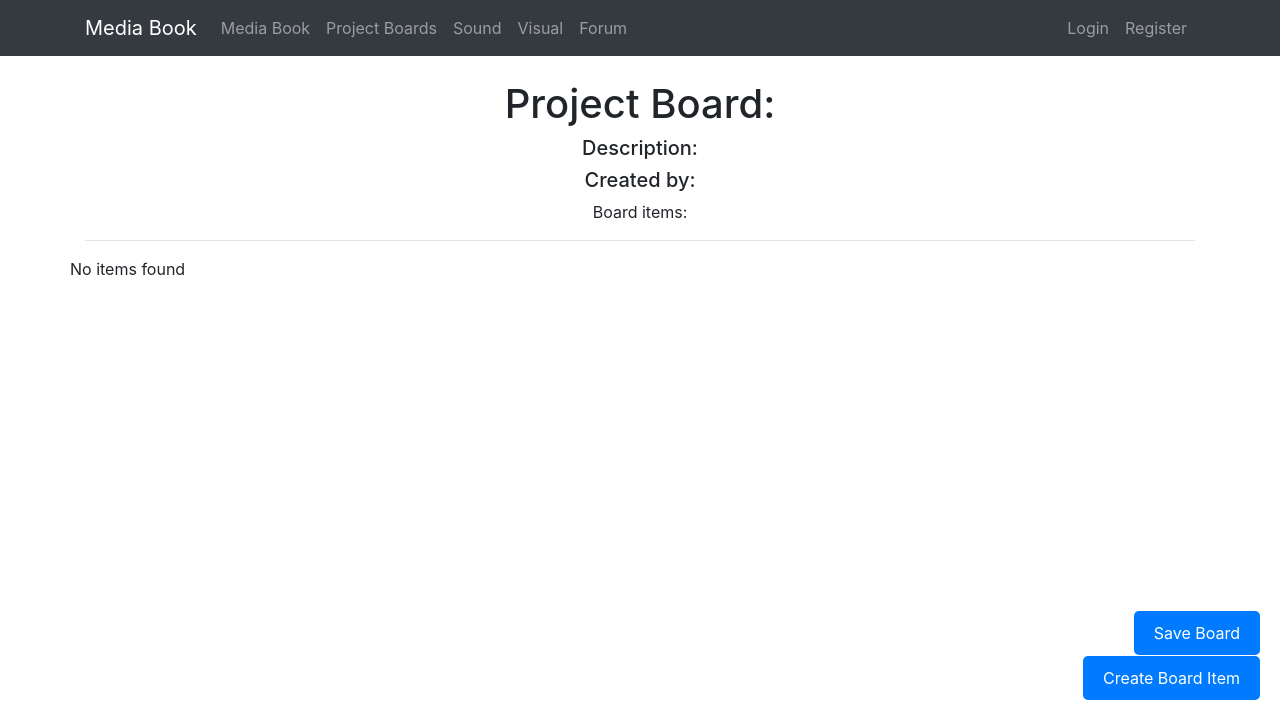
Repository: NateClarkTech/Software-Engineering-3
Page: IdeaBoards/templates/boarddetail.html
An editor plug-in stored every save of this project. The page is shown before and after the next save, followed by the edit.
The browser window is 1280 px wide. The pictures show the whole page.
Some web libraries are served in a nearby version. The template is drawn by Django 5.2. The application's start-up code is not run. Other server files are loaded and not shown. The template is opened directly, without the code that normally fills it, so the values that code supplies are empty.

Above is the page before, as saved 2024-04-16 16:23:07.

### IdeaBoards/templates/boarddetail.html
{% extends 'base.html' %}

{% load static %}

{% block title %}{% endblock %}

{% block stylesheets %}
<link rel="stylesheet" href="{% static 'css/ideaBoards.css' %}">
{% endblock %}

{% block content %}
<!-- Source: https://getbootstrap.com/docs/5.3/components/modal/ -->
<!-- New Item Modal -->
<div class="modal fade" id="createBoardItem" tabindex="-1" role="dialog" aria-labelledby="CreateItemModalLabel" aria-hidden="true">
    <div class="modal-dialog" role="document">
      <div class="modal-content">
        <form id="addItemForm">
            {% csrf_token %}
            <div class="modal-header">
                <h5 class="modal-title" id="CreateItemModalLabel">Create New Item</h5>
                <button type="button" class="close" data-dismiss="modal" aria-label="Close">
                    <span aria-hidden="true">&times;</span>
                </button>
            </div>
            <div class="modal-body">
                <div class="form-group">
                    <label for="title">Title (max 64 characters)</label>
                    <input type="text" class="form-control" id="title" name="title">
                </div>
                <div class="form-group">
                    <label for="description">Description (max 512 characters)</label>
                    <input type="text" class="form-control" id="description" name="description">
                </div>
            </div>
            <div class="modal-footer">
              <button type="button" class="btn btn-secondary" data-dismiss="modal">Close</button>
              <button type="submit" class="btn btn-primary">Add Item</button>
            </div>
        </form>
      </div>
    </div>
  </div>

<!-- Edit Item Modal -->
<div class="modal fade" id="editBoardItem" tabindex="-1" role="dialog" aria-labelledby="EditItemModalLabel" aria-hidden="true">
    <div class="modal-dialog" role="document">
      <div class="modal-content">
        <form id="editItemForm">
            {% csrf_token %}
            <div class="modal-header">
                <h5 class="modal-title" id="EditItemModalLabel">Edit Board Item</h5>
                <button type="button" class="close" data-dismiss="modal" aria-label="Close">
                    <span aria-hidden="true">&times;</span>
                </button>
            </div>
            <div class="modal-body">
                <div class="form-group">
                    <label for="title">New Title</label>
                    <input type="text" class="form-control" id="title" name="title">
                </div>
                <div class="form-group">
                    <label for="description">New Description</label>
                    <input type="text" class="form-control" id="description" name="description">
                </div>
            </div>
            <div class="modal-footer">
              <button type="button" class="btn btn-secondary" data-dismiss="modal">Close</button>
              <button type="submit" class="btn btn-primary">Save Change</button>
            </div>
        </form>
      </div>
    </div>
  </div>

  <!-- View Item Modal -->
<div class="modal fade" id="viewBoardItem" tabindex="-1" role="dialog" aria-hidden="true">
    <div class="modal-dialog" role="document">
      <div class="modal-content">
        <div class="modal-body">
            <h1 id="view-item-title"></h1>
            <p id="view-item-text"></p>
        </div>
        <div class="modal-footer">
            <button type="button" data-dismiss="modal" class="btn btn-secondary">Close</button>
        </div>
      </div>
    </div>
</div>

    <div id="board-title-and-description" class="text-center">
        <h1>Project Board: {{ board.title }}</h1>
        <h5>Description: {{ board.description }}</h5>
        <h5>Created by: {{ board.user }}</h5>
        <p>Board items:</p>
        <hr/>
    </div>

    <div id='boardItems' class='row'>
        {% if items %}
            {% for item in items %}
            <div class="col-md-4 px-3 py-3">
                <button id="board-item-{{ forloop.counter }}" class="btn btn-outline-primary">
                    <div class="card card-custom"> <!-- Add a custom class for the card -->
                        <div class="card-body">
                            <h2 id="board-item-{{ forloop.counter }}-title" class='card-title'>{{ item.title }}</h2>
                            <p id="board-item-{{ forloop.counter }}-description" class='card-description pb-2'>{{ item.description }}</p>
                        </div>
                    </div>
                </button>
            </div>
            {% endfor %}
        {% else %}
        <div id='no-items-found'>
            <p>No items found</p>
        </div>
        {% endif %}
    </div>

    <button id="create-new-item-button" type="button" class="btn btn-primary" data-toggle="modal" data-target="#createBoardItem">
        Create Board Item
    </button>
    <button id="save-board-button" boardNumber="{{ board.id }}" type="button" class="btn btn-primary" data-toggle="modal">
        Save Board
    </button>
    {% endblock %}

{% block scripts %}
    <script src="{% static 'IdeaBoards/boarddetails.js' %}"></script>
{% endblock %}

### MediaBook/templates/base.html
<!DOCTYPE html>
<html lang="en">
<head>
    <meta charset="UTF-8">
    <meta name="viewport" content="width=device-width, initial-scale=1, shrink-to-fit=no">
    <title>{% block title %}{% endblock %}</title>
    <link rel="stylesheet" href="https://stackpath.bootstrapcdn.com/bootstrap/4.5.2/css/bootstrap.min.css">
    <!-- Add custom stylesheets here -->
    {% block stylesheets %}{% endblock %}
</head>
<body>
    <!-- Navbar -->
    {% include 'navbar.html' %}

    <!-- Main content -->
    <div class="container mt-4">
        {% block content %}{% endblock %}
    </div>

    <script src="https://code.jquery.com/jquery-3.5.1.slim.min.js"></script>
    <script src="https://cdn.jsdelivr.net/npm/@popperjs/core@2.5.4/dist/umd/popper.min.js"></script>
    <script src="https://stackpath.bootstrapcdn.com/bootstrap/4.5.2/js/bootstrap.min.js"></script>
    <!-- Add custom scripts here -->
    {% block scripts %}{% endblock %}
</body>
</html>

### MediaBook/templates/navbar.html
<nav class="navbar navbar-expand-lg navbar-dark bg-dark">
    <div class="container">
        <a class="navbar-brand" href="{% url 'home' %}">Media Book</a>
        <button class="navbar-toggler" type="button" data-toggle="collapse" data-target="#navbarNavAltMarkup" aria-controls="navbarNavAltMarkup" aria-expanded="false" aria-label="Toggle navigation">
            <span class="navbar-toggler-icon"></span>
        </button>
        <div class="collapse navbar-collapse" id="navbarNavAltMarkup">
            <ul class="navbar-nav mr-auto">
                <li class="nav-item">
                    <a class="nav-link" href="{% url 'home' %}">Media Book</a>
                </li>
                <li class="nav-item">
                    <a class="nav-link" href="{% url 'IdeaBoards_Home' %}">Project Boards</a> <!-- Placeholder href -->
                </li>
                <li class="nav-item">
                    <a class="nav-link" href="{% url 'sound' %}">Sound</a> <!-- Placeholder href -->
                </li>
                <li class="nav-item">
                    <a class="nav-link" href="{% url 'visual' %}">Visual</a> <!-- Placeholder href -->
                </li>
                <li class="nav-item">
                    <a class="nav-link" href="{% url 'forum_home' %}">Forum</a>
                </li>
            </ul>
            <ul class="navbar-nav ml-auto">
                {% if user.is_authenticated %}
                <li class="nav-item dropdown">
                    <a class="nav-link dropdown-toggle" href="#" id="notificationsDropdown" role="button" data-toggle="dropdown" aria-haspopup="true" aria-expanded="false">
                        <svg xmlns="http://www.w3.org/2000/svg" width="16" height="16" fill="currentColor" class="bi bi-bell" viewBox="0 0 16 16">
                            <path d="M8 16a2 2 0 0 0 2-2H6a2 2 0 0 0 2 2M8 1.918l-.797.161A4 4 0 0 0 4 6c0 .628-.134 2.197-.459 3.742-.16.767-.376 1.566-.663 2.258h10.244c-.287-.692-.502-1.49-.663-2.258C12.134 8.197 12 6.628 12 6a4 4 0 0 0-3.203-3.92zM14.22 12c.223.447.481.801.78 1H1c.299-.199.557-.553.78-1C2.68 10.2 3 6.88 3 6c0-2.42 1.72-4.44 4.005-4.901a1 1 0 1 1 1.99 0A5 5 0 0 1 13 6c0 .88.32 4.2 1.22 6"/>
                        </svg>
                        <!-- Conditionally render the style attribute for the notification badge -->
                        {% if global_notifications.count > 0 %}
                        <span class="badge badge-danger notification-badge" style="display: inline-block;">{{ global_notifications.count }}</span>
                        {% else %}
                        <span class="badge badge-danger notification-badge" style="display: none;">{{ global_notifications.count }}</span>
                        {% endif %}
                    </a>


                    <div class="dropdown-menu dropdown-menu-right" aria-labelledby="notificationsDropdown">
                        <!-- Notification link -->
                        {% for notification in global_notifications|slice:":5" %}
                        <div class="dropdown-item">
                            {% if notification.comment %}
                                <a href="{% url 'thread_detail_comment' notification.thread.id notification.comment.id %}" onclick="navigateAndMarkAsRead({{ notification.id }}, event);">
                                    {{ notification.get_notification_type_display }} in "{{ notification.thread.title }}" - {{ notification.comment.content|truncatechars:40 }}
                                </a>
                            {% else %}
                                <a href="{% url 'thread_detail_comment' notification.thread.id notification.comment.id%}" onclick="navigateAndMarkAsRead({{ notification.id }}, event);">
                                    {{ notification.get_notification_type_display }} in "{{ notification.thread.title }}"
                                </a>
                            {% endif %}
                            <button onclick="markAsReadOnly({{ notification.id }}, event);" class="btn btn-sm btn-link">Mark as read</button>
                        </div>
                        {% endfor %}


                        <div class="dropdown-divider"></div>
                        <a class="dropdown-item text-center" href="{% url 'notifications' %}">See all notifications</a>
                    </div>


                </li>
                    <li class="nav-item dropdown">
                        <a class="nav-link dropdown-toggle" href="#" id="navbarDropdownMenuLink" role="button" data-toggle="dropdown" aria-haspopup="true" aria-expanded="false">
                            Profile
                        </a>
                        <div class="dropdown-menu" aria-labelledby="navbarDropdownMenuLink">
                            <!-- Add additional profile-related links here -->
                            <a class="dropdown-item" href="{% url 'logout' %}">Logout</a>
                        </div>
                    </li>
                {% else %}
                    <li class="nav-item">
                        <a class="nav-link" href="{% url 'login' %}">Login</a>
                    </li>
                    <li class="nav-item">
                        <a class="nav-link" href="{% url 'register' %}">Register</a>
                    </li>
                {% endif %}
            </ul>
        </div>
    </div>
</nav>
<script>
    function navigateAndMarkAsRead(notificationId, event) {
        event.preventDefault(); // Stop the link navigation until the operation completes
        const targetUrl = event.currentTarget.href; // Get the href from the clicked link

        fetch(`/notifications/mark_as_read/${notificationId}/`, {
            method: 'POST',
            headers: {
                'X-CSRFToken': getCookie('csrftoken'),
                'Content-Type': 'application/json'
            },
            body: JSON.stringify({'is_read': true})
        })
        .then(response => {
            if (response.ok) {
                window.location.href = targetUrl; // Navigate to the link URL
            } else {
                window.location.href = targetUrl; // Navigate even if fail to mark as read
            }
        })
        .catch(error => {
            console.error('Error marking notification as read:', error);
            window.location.href = targetUrl; // Navigate in case of network error
        });
    }
    function markAsReadOnly(notificationId, event) {
        event.stopPropagation(); // Stop event bubbling to the link
        event.preventDefault(); // Prevent any default action

        fetch(`/notifications/mark_as_read/${notificationId}/`, {
            method: 'POST',
            headers: {
                'X-CSRFToken': getCookie('csrftoken'),
                'Content-Type': 'application/json'
            },
            body: JSON.stringify({'is_read': true})
        })
        .then(response => {
            if (response.ok) {
                console.log('Notification marked as read successfully.');
                const badge = document.querySelector('.notification-badge');
                if (badge) {
                    let count = parseInt(badge.textContent, 10) - 1;
                    if (count > 0) {
                        badge.textContent = count;
                        badge.style.display = 'inline-block'; // Make sure it's visible if still needed
                    } else {
                        badge.style.display = 'none'; // Hide badge if no notifications
                    }
                }
            } else {
                console.error('Failed to mark notification as read');
            }
        })
        .catch(error => {
            console.error('Error marking notification as read:', error);
        });
    }




    // Function to get CSRF token from cookies
    function getCookie(name) {
        let cookieValue = null;
        if (document.cookie && document.cookie !== '') {
            const cookies = document.cookie.split(';');
            for (let i = 0; i < cookies.length; i++) {
                const cookie = cookies[i].trim();
                if (cookie.substring(0, name.length + 1) === (name + '=')) {
                    cookieValue = decodeURIComponent(cookie.substring(name.length + 1));
                    break;
                }
            }
        }
        return cookieValue;
    }
    </script>

### IdeaBoards/static/css/ideaBoards.css
.card-custom {
    max-height: 200px; /* Adjust the max height as needed */
    overflow: hidden;
}

/* Custom CSS for setting width and height on medium screens */
@media (min-width: 768px){
    .card-custom {
        width: 300px; /* Set the desired width */
        height: 200px; /* Set the desired height */
        overflow: hidden;
    }
}

.card-body {
    height: 100%;
    overflow: hidden;
    color: black;
}

.card-title, .card-description {
    margin: 0;
    overflow: hidden;
    color: black;
}

#create-new-item-button {
    position: fixed;
    bottom: 20px; /* Adjust the distance from the bottom as needed */
    right: 20px; /* Adjust the distance from the right as needed */
    z-index: 999; /* Ensure it appears above other content */
    /* Additional styling */
    padding: 10px 20px;
    background-color: #007bff; /* Example background color */
    color: white;
    border: none;
    border-radius: 5px;
    cursor: pointer;
    /* Add any other styles as needed */
}

#save-board-button {
    position: fixed;
    bottom: 65px; /* Adjust the distance from the bottom as needed */
    right: 20px; /* Adjust the distance from the right as needed */
    z-index: 999; /* Ensure it appears above other content */
    /* Additional styling */
    padding: 10px 20px;
    background-color: #007bff; /* Example background color */
    color: white;
    border: none;
    border-radius: 5px;
    cursor: pointer;
    /* Add any other styles as needed */
}

### IdeaBoards/static/IdeaBoards/boarddetails.js
console.log('script loaded');

let changesToBoard = [];
const csrftoken = getCookie('csrftoken');

// Function to add a new item to the board
function addFormItem() {
    // Example: Get the title and description values from the form
    let title = document.getElementById("title").value;
    let description = document.getElementById("description").value;

    if (title !== "" && description !== "") {
        changesToBoard.push(
            {
                type: "add",
                title: title,
                description: description
            }
        );
        console.log(changesToBoard);

        // Create new elements
        let card = document.createElement("div");
        card.classList.add("card");

        let cardBody = document.createElement("div");
        cardBody.classList.add("card-body");

        let cardTitle = document.createElement("h2");
        cardTitle.classList.add("card-title");
        cardTitle.textContent = title;

        let cardDescription = document.createElement("p");
        cardDescription.classList.add("card-description");
        cardDescription.textContent = description;

        // Build the hierarchy
        cardBody.appendChild(cardTitle);
        cardBody.appendChild(cardDescription);
        card.appendChild(cardBody);

        // Add the new card to the "row" div
        document.getElementById("boardItems").appendChild(card);

        // Close the modal
        $('#createBoardItem').modal('hide');

        if (document.getElementById("no-items-found")) {
            document.getElementById("no-items-found").remove();
        }
    }
}

// Add an event listener to the form so items can be added to the board
document.getElementById("addItemForm").addEventListener("submit", function(event) {
    event.preventDefault(); // Prevent the default form submission

    // Call the addFormItem function
    addFormItem();

    // Reset the form
    document.getElementById("addItemForm").reset();
});

// Get the CSRF token from the cookie
function getCookie(name) {
    let cookieValue = null;
    if (document.cookie && document.cookie !== '') {
        const cookies = document.cookie.split(';');
        for (let i = 0; i < cookies.length; i++) {
            const cookie = cookies[i].trim();
            // Check if the cookie name matches the CSRF cookie name
            if (cookie.substring(0, name.length + 1) === (name + '=')) {
                cookieValue = decodeURIComponent(cookie.substring(name.length + 1));
                break;
            }
        }
    }
    return cookieValue;
}

document.getElementById("save-board-button").addEventListener("click", function() {
    // Send the POST request with the CSRF token included in the headers
    fetch(window.location.pathname, {
        method: "POST",
        headers: {
            "Content-Type": "application/json",
            "X-CSRFToken": csrftoken  // Include the CSRF token in the headers
        },
        body: JSON.stringify(changesToBoard),
    })
});

let i = 1;
while (document.getElementById("board-item-" + i)) {
    (function(index) {

        document.getElementById("board-item-" + index).addEventListener("click", function() {
            let title = document.getElementById("board-item-" + index + "-title").textContent;
            let description = document.getElementById("board-item-" + index + "-description").textContent;

            document.getElementById("view-item-title").textContent = title;
            document.getElementById("view-item-text").textContent = description;

            $('#viewBoardItem').modal('show');
        });
    })(i);
    i = i + 1;
}

After the next save:
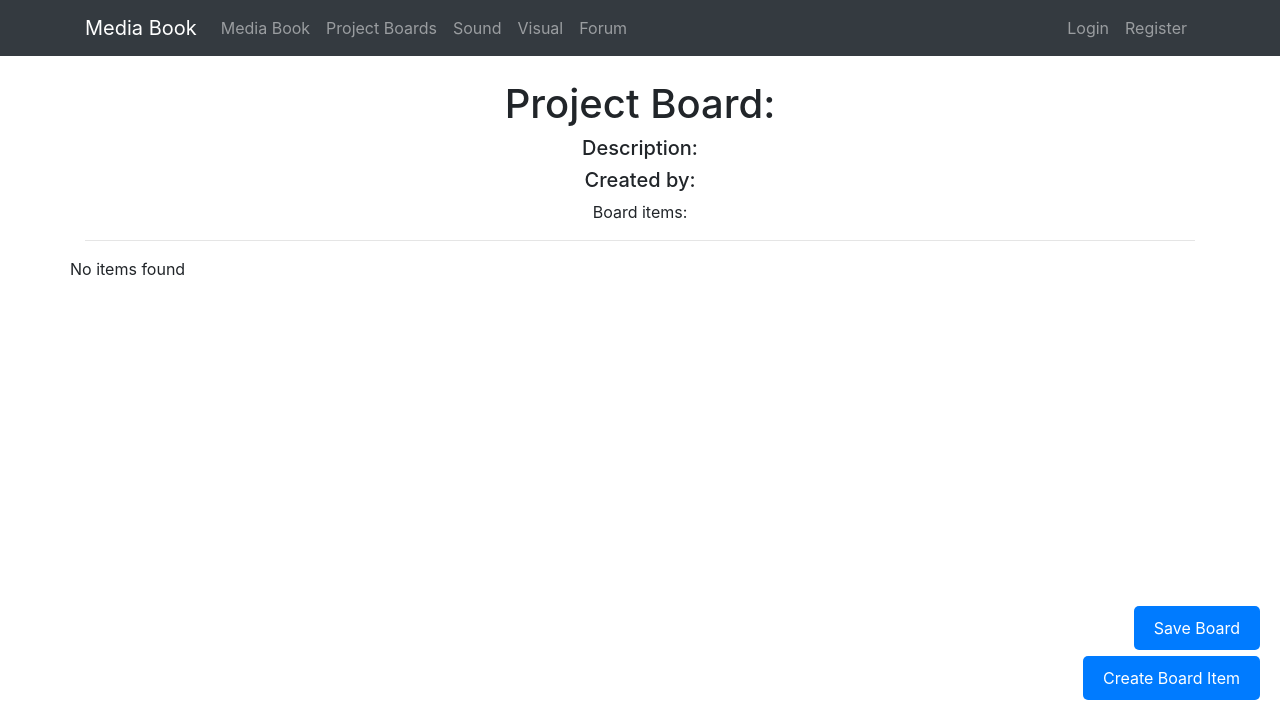
Saved 5 s later.
--- a/IdeaBoards/static/css/ideaBoards.css
+++ b/IdeaBoards/static/css/ideaBoards.css
@@ -41,7 +41,7 @@
 
 #save-board-button {
     position: fixed;
-    bottom: 65px; /* Adjust the distance from the bottom as needed */
+    bottom: 70px; /* Adjust the distance from the bottom as needed */
     right: 20px; /* Adjust the distance from the right as needed */
     z-index: 999; /* Ensure it appears above other content */
     /* Additional styling */
